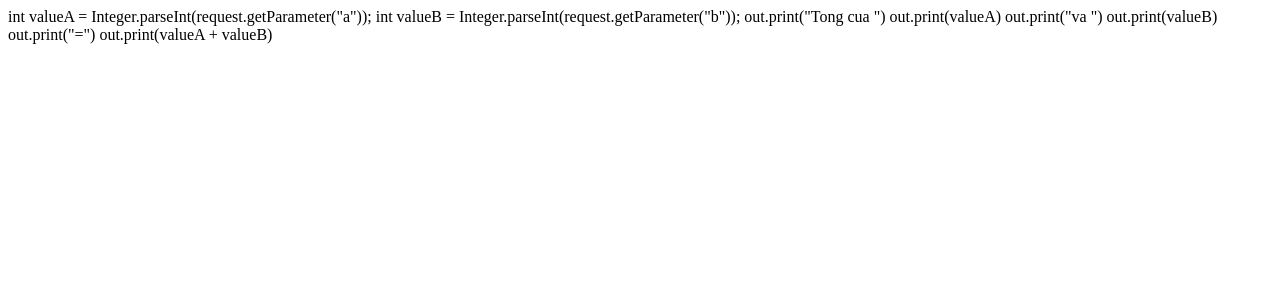
Repository: ThongThien/64132265_Web2
Page: http://localhost/ViDuTinhToan/WEB-INF/TinhToan.jsp
These files come from the project's save history. The page is drawn as it stood at one moment and after the next save; the edit follows.
The browser window is 1280 px wide. The pictures show the whole page.
The page is served by Tomcat 9. Nobody is signed in. The template is opened directly, without the code that normally fills it, so the values that code supplies are empty.

Above is the page before, as saved 2025-02-18 03:59:33.

### ViDuTinhToan/src/main/webapp/WEB-INF/TinhToan.jsp
<%@ page language="java" contentType="text/html; charset=UTF-8"
    pageEncoding="UTF-8"%>
<!DOCTYPE html>
<html>
<head>
<meta charset="UTF-8">
<title>Insert title here</title>
</head>
<body>
	int valueA = Integer.parseInt(request.getParameter("a"));
	int valueB = Integer.parseInt(request.getParameter("b"));
	out.print("Tong cua ")
	out.print(valueA)
	out.print("va ")
	out.print(valueB)
	out.print("=")
	out.print(valueA + valueB)
</body>
</html>

After the next save:
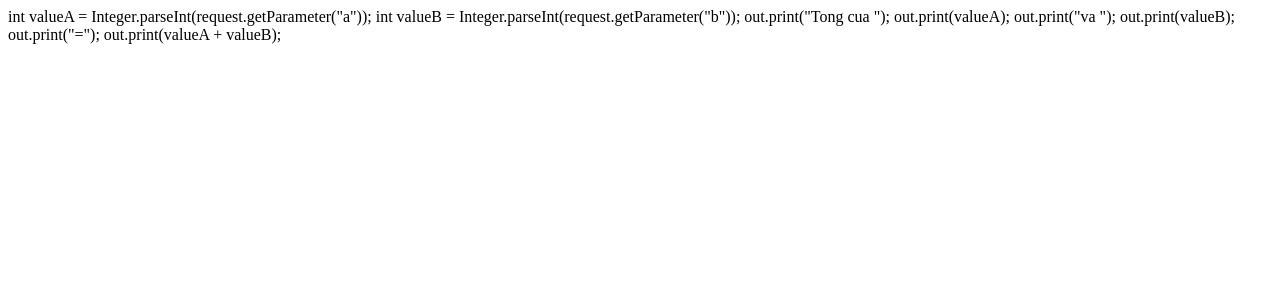
Saved 118 s later.
--- a/ViDuTinhToan/src/main/webapp/WEB-INF/TinhToan.jsp
+++ b/ViDuTinhToan/src/main/webapp/WEB-INF/TinhToan.jsp
@@ -9,11 +9,11 @@
 <body>
 	int valueA = Integer.parseInt(request.getParameter("a"));
 	int valueB = Integer.parseInt(request.getParameter("b"));
-	out.print("Tong cua ")
-	out.print(valueA)
-	out.print("va ")
-	out.print(valueB)
-	out.print("=")
-	out.print(valueA + valueB)
+	out.print("Tong cua ");
+	out.print(valueA);
+	out.print("va ");
+	out.print(valueB);
+	out.print("=");
+	out.print(valueA + valueB);
 </body>
 </html>
